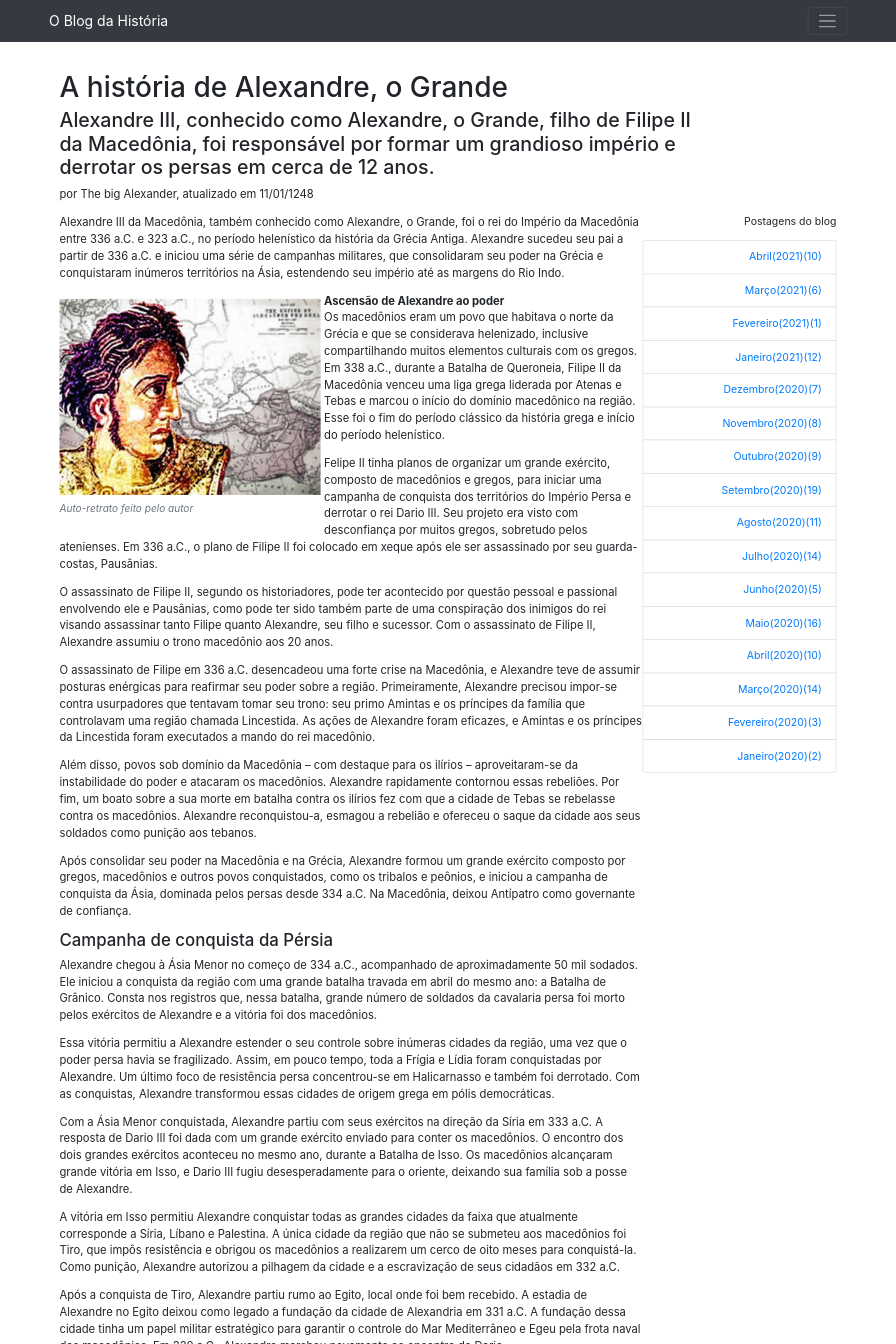
Repository: xhenrique/blog_layout_bootstrap
Page: source/post_2.html
These files come from the project's save history. The page is drawn as it stood at one moment and after the next save; the edit follows.
The browser window is 1280 px wide. The pictures show the part of the page from y = 0 to 1920 px (the page is 2908 px tall), at 70% of full size.

Above is the page before, as saved 2021-04-25 00:25:53.

### source/post_2.html
<!DOCTYPE html>
<html lang="pt-br">
  <head>
    <!-- Meta tags Obrigatórias -->
    <meta charset="utf-8">
    <meta name="viewport" content="width=device-width, initial-scale=1, shrink-to-fit=no">

    <!-- Bootstrap CSS -->
    <link rel="stylesheet" href="https://stackpath.bootstrapcdn.com/bootstrap/4.1.3/css/bootstrap.min.css" integrity="sha384-MCw98/SFnGE8fJT3GXwEOngsV7Zt27NXFoaoApmYm81iuXoPkFOJwJ8ERdknLPMO" crossorigin="anonymous">

    <title>O Blog da História</title>
  </head>
  <body>
    <div id="navbarConfigs" class = "container">
        <nav class="navbar navbar-dark bg-dark sticky-top" style="background: transparent; position: fixed; top: 0; left: 0; margin: 0px; padding: 10px 70px 10px 70px; width: 100%; right: 0;">
            <a class = "navbar-brand" href="index.html">O Blog da História</a>

            <!--Especificações do que é cada um dos atributos!!!!!
                "aria-controls": define a relação entre os elementos, um elemento é pai e o outro filho, deve ser definido no pai, relacionando o filho;
                "data-target" : Define o que será exibido quando clicar na opção do menu;
                "data-toggle" : o que vai acontecer quando eu clicar em cima do botão, collapse, por exemplo, faz o botão expandir e retrair as opções;
                "aria-expanded" : Flag para o navegador informando que o elemento não está expandido;
                "aria-label" : é usado para definir uma string na tag do elemento atual.
            -->
            <button class="navbar-toggler" type="button" data-toggle="collapse" data-target="#navbarCfg" aria-controls="navbarCfg">
                <span class="navbar-toggler-icon"></span>
            </button>
            <div class="collapse navbar-collapse" id="navbarCfg">
                <ul class="navbar-nav mr-auto">
                    <a class="nav-link dropdown-toggle" href="#" id="navbarDropdown" role="button" data-toggle="dropdown" aria-haspopup="true" aria-expanded="false">
                    Menu
                    </a>
                    <div class="dropdown-menu" aria-labelledby="navbarDropdown">
                    <a class="dropdown-item" href="index.html">Início</a>
                    <a class="dropdown-item" href="sobre.html">Sobre</a>
                    <a class="dropdown-item" href="posts.html">Postagens</a>
                    <div class="dropdown-divider"></div>
                    <p style="text-align: left; padding-left: 10px;"> Criado por: <br/>José Xavier<br/>UFPA - 2021</p>
                    </div>
                </ul>
                <form class="form-inline my-2 my-lg-0">
                <input class="form-control mr-sm-2" type="search" placeholder="Texto para buscar no site" aria-label="Search">
                <button class="btn btn-primary" type="submit">Buscar!</button>
                </form>
            </div>
        </nav>
    </div>

    <div class="container" id="container-postagens" style="margin-top: 100px;">
        <div class="row">
             <!--            <div class="span6" style="float: none; margin: 0 auto;">
-->
            <div class="col-10">
                <div id="sobre_o_blog" class="text-left">
                    <h1>A história de Alexandre, o Grande</h1>
                    <h3>Alexandre III, conhecido como Alexandre, o Grande, filho de Filipe II da Macedônia, foi responsável por formar um grandioso império e derrotar os persas em cerca de 12 anos.</h3>
                    <p>por The big Alexander, atualizado em 11/01/1248</p>
                </div>
            </div>
        </div>
    </div>
    <div class="container">
        <div class="row no-gutters ">
            <div class="col-md-9 ">
                <div class="maintext">
                    <p>Alexandre III da Macedônia, também conhecido como Alexandre, o Grande, foi o rei do Império da Macedônia entre 336 a.C. e 323 a.C., no período helenístico da história da Grécia Antiga. Alexandre sucedeu seu pai a partir de 336 a.C. e iniciou uma série de campanhas militares, que consolidaram seu poder na Grécia e conquistaram inúmeros territórios na Ásia, estendendo seu império até as margens do Rio Indo.</p>
                    <figure class="figure" style="float: left; margin-right: 5px; padding-top: 10px;">
                        <img class="figure-img" src="../img/alexandre-pic.jpg">
                        <figcaption class="figure-caption" style="position: bottom;">
                            <i>Auto-retrato feito pelo autor</i>
                        </figcaption>
                    </figure>
                    <p style="margin: 0 auto;"><b>Ascensão de Alexandre ao poder</b></p>
                    <p>Os macedônios eram um povo que habitava o norte da Grécia e que se considerava helenizado, inclusive compartilhando muitos elementos culturais com os gregos. Em 338 a.C., durante a Batalha de Queroneia, Filipe II da Macedônia venceu uma liga grega liderada por Atenas e Tebas e marcou o início do domínio macedônico na região. Esse foi o fim do período clássico da história grega e início do período helenístico.</p>
                    <p>Felipe II tinha planos de organizar um grande exército, composto de macedônios e gregos, para iniciar uma campanha de conquista dos territórios do Império Persa e derrotar o rei Dario III. Seu projeto era visto com desconfiança por muitos gregos, sobretudo pelos atenienses. Em 336 a.C., o plano de Filipe II foi colocado em xeque após ele ser assassinado por seu guarda-costas, Pausânias.</p>
                    <p>O assassinato de Filipe II, segundo os historiadores, pode ter acontecido por questão pessoal e passional envolvendo ele e Pausânias, como pode ter sido também parte de uma conspiração dos inimigos do rei visando assassinar tanto Filipe quanto Alexandre, seu filho e sucessor. Com o assassinato de Filipe II, Alexandre assumiu o trono macedônio aos 20 anos.
                    </p>
                    <p>O assassinato de Filipe em 336 a.C. desencadeou uma forte crise na Macedônia, e Alexandre teve de assumir posturas enérgicas para reafirmar seu poder sobre a região. Primeiramente, Alexandre precisou impor-se contra usurpadores que tentavam tomar seu trono: seu primo Amintas e os príncipes da família que controlavam uma região chamada Lincestida. As ações de Alexandre foram eficazes, e Amintas e os príncipes da Lincestida foram executados a mando do rei macedônio.</p>
                    <p>Além disso, povos sob domínio da Macedônia – com destaque para os ilírios – aproveitaram-se da instabilidade do poder e atacaram os macedônios. Alexandre rapidamente contornou essas rebeliões. Por fim, um boato sobre a sua morte em batalha contra os ilírios fez com que a cidade de Tebas se rebelasse contra os macedônios. Alexandre reconquistou-a, esmagou a rebelião e ofereceu o saque da cidade aos seus soldados como punição aos tebanos.</p>
                    <p>Após consolidar seu poder na Macedônia e na Grécia, Alexandre formou um grande exército composto por gregos, macedônios e outros povos conquistados, como os tribalos e peônios, e iniciou a campanha de conquista da Ásia, dominada pelos persas desde 334 a.C. Na Macedônia, deixou Antípatro como governante de confiança.</p>
                    <h4>Campanha de conquista da Pérsia</h4>
                    <p>Alexandre chegou à Ásia Menor no começo de 334 a.C., acompanhado de aproximadamente 50 mil sodados. Ele iniciou a conquista da região com uma grande batalha travada em abril do mesmo ano: a Batalha de Grânico. Consta nos registros que, nessa batalha, grande número de soldados da cavalaria persa foi morto pelos exércitos de Alexandre e a vitória foi dos macedônios.</p>
                    <p>Essa vitória permitiu a Alexandre estender o seu controle sobre inúmeras cidades da região, uma vez que o poder persa havia se fragilizado. Assim, em pouco tempo, toda a Frígia e Lídia foram conquistadas por Alexandre. Um último foco de resistência persa concentrou-se em Halicarnasso e também foi derrotado. Com as conquistas, Alexandre transformou essas cidades de origem grega em pólis democráticas.</p>
                    <p>Com a Ásia Menor conquistada, Alexandre partiu com seus exércitos na direção da Síria em 333 a.C. A resposta de Dario III foi dada com um grande exército enviado para conter os macedônios. O encontro dos dois grandes exércitos aconteceu no mesmo ano, durante a Batalha de Isso. Os macedônios alcançaram grande vitória em Isso, e Dario III fugiu desesperadamente para o oriente, deixando sua família sob a posse de Alexandre.</p>
                    <p>A vitória em Isso permitiu Alexandre conquistar todas as grandes cidades da faixa que atualmente corresponde a Síria, Líbano e Palestina. A única cidade da região que não se submeteu aos macedônios foi Tiro, que impôs resistência e obrigou os macedônios a realizarem um cerco de oito meses para conquistá-la. Como punição, Alexandre autorizou a pilhagem da cidade e a escravização de seus cidadãos em 332 a.C.</p>
                    <p>Após a conquista de Tiro, Alexandre partiu rumo ao Egito, local onde foi bem recebido. A estadia de Alexandre no Egito deixou como legado a fundação da cidade de Alexandria em 331 a.C. A fundação dessa cidade tinha um papel militar estratégico para garantir o controle do Mar Mediterrâneo e Egeu pela frota naval dos macedônios. Em 330 a.C., Alexandre marchou novamente ao encontro de Dario.</p>
                    <h4>Campanha indiana e a morte de Alexandre</h4>
                    <p>A última fase das conquistas de Alexandre aconteceu na Índia. Alexandre tentou impor seu domínio sobre os reinos que existiam na região além do Rio Indo e encontrou as batalhas mais difíceis de sua trajetória entre 326 a.C. e 325 a.C. Ele travou (e venceu) uma grande e sangrenta batalha contra Poro, rei dos pauravas, e pôs fim a sua campanha após seus soldados informarem-no o desejo de não continuar com os avanços.</p>
                    <p>Com isso, Alexandre retornou para a Babilônia, onde permaneceu entre 324 a.C. e 323 a.C. Durante sua estadia nessa cidade, ele passou a planejar a campanha de conquista da Península Arábica. Os planos de Alexandre foram interrompidos após ele contrair uma febre fulminante, que o levou a falecer poucos dias depois, em junho de 323 a.C.</p>
                    <p>Não se sabe ao certo as causas da morte de Alexandre, mas, atualmente, especula-se que ele possa ter morrido em decorrência de febre tifoide ou malária (a hipótese de envenenamento não é muito aceita pelos historiadores). A morte de Alexandre levou a uma crise sucessória, uma vez que não havia um herdeiro estabelecido (sua esposa Roxana estava grávida). Iniciou-se, então, uma disputa pelo poder entre os generais de Alexandre, o que provocou a fragmentação do Império Macedônio.</p>
                </div>
            </div>
            <div class="col-md">
                <div class="text-right" style="font-size: 15px;">
                    <p>Postagens do blog</p>
                    <ul class="list-group">
                        <!--Javascript provavelmente entraria aqui, iterando sobre uma lista/matriz e exibindo a quantida de postagens por mês/ano-->
                        <li class="list-group-item"><a href="">Abril(2021)(10)</a></li>
                        <li class="list-group-item"><a href="">Março(2021)(6)</a></li>
                        <li class="list-group-item"><a href="">Fevereiro(2021)(1)</a></li>
                        <li class="list-group-item"><a href="">Janeiro(2021)(12)</a></li>
                        <li class="list-group-item"><a href="">Dezembro(2020)(7)</a></li>
                        <li class="list-group-item"><a href="">Novembro(2020)(8)</a></li>
                        <li class="list-group-item"><a href="">Outubro(2020)(9)</a></li>
                        <li class="list-group-item"><a href="">Setembro(2020)(19)</a></li>
                        <li class="list-group-item"><a href="">Agosto(2020)(11)</a></li>
                        <li class="list-group-item"><a href="">Julho(2020)(14)</a></li>
                        <li class="list-group-item"><a href="">Junho(2020)(5)</a></li>
                        <li class="list-group-item"><a href="">Maio(2020)(16)</a></li>
                        <li class="list-group-item"><a href="">Abril(2020)(10)</a></li>
                        <li class="list-group-item"><a href="">Março(2020)(14)</a></li>
                        <li class="list-group-item"><a href="">Fevereiro(2020)(3)</a></li>
                        <li class="list-group-item"><a href="">Janeiro(2020)(2)</a></li>
                    </ul>
                </div>
            </div>
            <div class="col">
                    <form>
                        <h3>
                            Comentários
                        </h3>
                        <div class="mb-3">
                            <label for="inputEmail" class="form-label">Entre seu e-mail</label>
                            <input type="email" class="form-control" id="inputEmail" aria-describedby="emailHelp">
                        </div>
                        <div class="mb-3">
                            <label for="nameInput" class="form-label">Nome</label>
                            <input type="text" class="form-control" id="nameInput">
                        </div>
                        <div class="mb-3">
                            <label for="msgInput" class="form-label">Digite sua mensagem</label>
                            <textarea class="form-control form-control-lg" placeholder="Digite seu comentário" id="msgInput" style="height: 200px;"></textarea>
                        </div>
                        <!--Aqui devia-se colocar uma função js que fosse capaz de expandir a parte dos comentários dinamicamente quando o botão fosse clicado-->
                        <button class="btn btn-outline-secondary" type="submit" aria-label="btnSubmmit">Enviar</button>
                        <br/>
                        <br/>
                    </form>
                </div>
            </div>
            <div class="col-md">
                <div class="d-grid gap-2">
                    <button class="btn btn-outline-secondary" type="button" style="width: 100%;">Ver comentários</button>
                </div>
            </div>
        </div>

    </div>


    <!-- JavaScript (Opcional) -->
    <!-- jQuery primeiro, depois Popper.js, depois Bootstrap JS -->
    <script src="https://code.jquery.com/jquery-3.3.1.slim.min.js" integrity="sha384-q8i/X+965DzO0rT7abK41JStQIAqVgRVzpbzo5smXKp4YfRvH+8abtTE1Pi6jizo" crossorigin="anonymous"></script>
    <script src="https://cdnjs.cloudflare.com/ajax/libs/popper.js/1.14.3/umd/popper.min.js" integrity="sha384-ZMP7rVo3mIykV+2+9J3UJ46jBk0WLaUAdn689aCwoqbBJiSnjAK/l8WvCWPIPm49" crossorigin="anonymous"></script>
    <script src="https://stackpath.bootstrapcdn.com/bootstrap/4.1.3/js/bootstrap.min.js" integrity="sha384-ChfqqxuZUCnJSK3+MXmPNIyE6ZbWh2IMqE241rYiqJxyMiZ6OW/JmZQ5stwEULTy" crossorigin="anonymous"></script>
  </body>
</html>

After the next save:
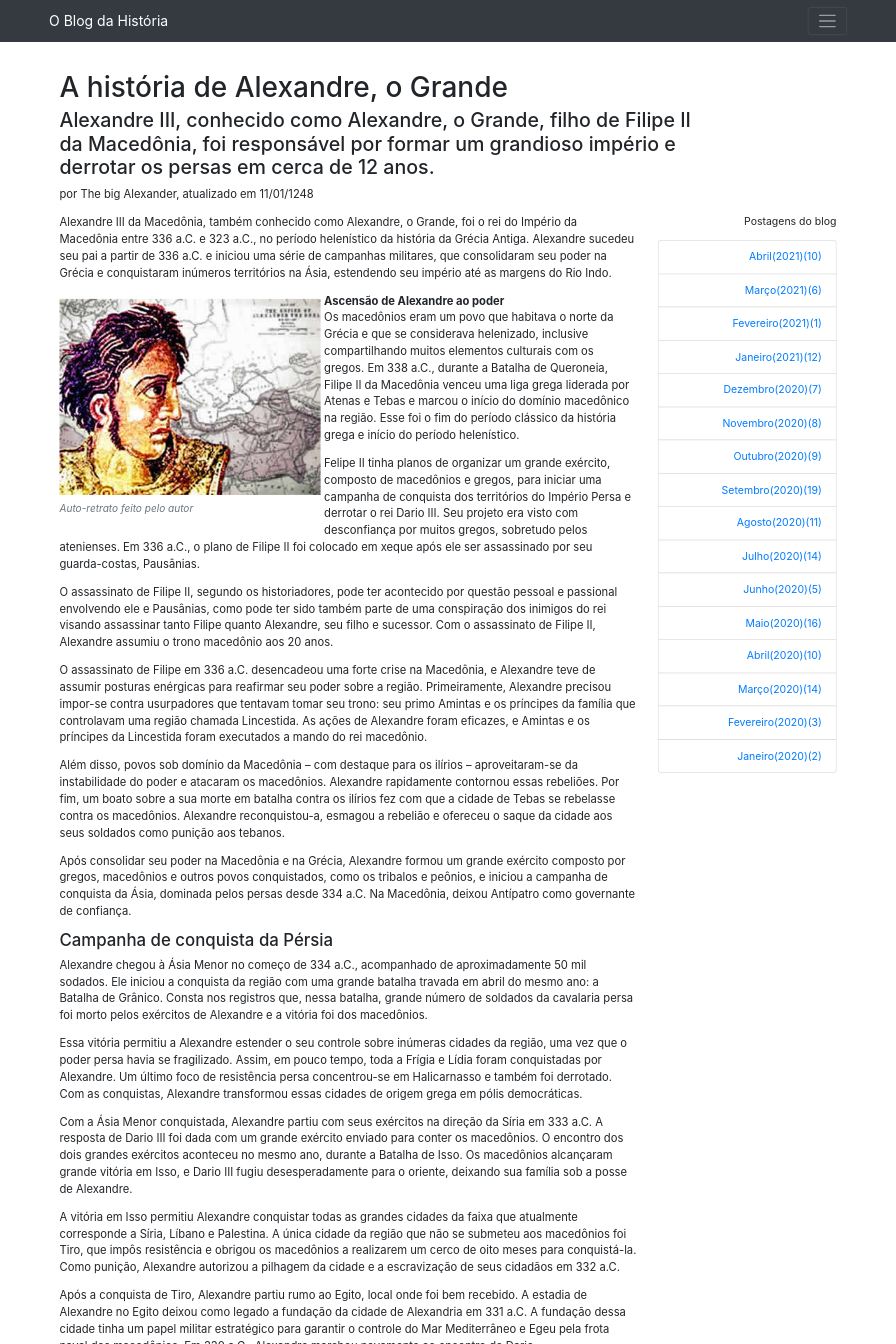
Saved 5 s later.
--- a/source/post_2.html
+++ b/source/post_2.html
@@ -60,7 +60,7 @@
         </div>
     </div>
     <div class="container">
-        <div class="row no-gutters ">
+        <div class="row">
             <div class="col-md-9 ">
                 <div class="maintext">
                     <p>Alexandre III da Macedônia, também conhecido como Alexandre, o Grande, foi o rei do Império da Macedônia entre 336 a.C. e 323 a.C., no período helenístico da história da Grécia Antiga. Alexandre sucedeu seu pai a partir de 336 a.C. e iniciou uma série de campanhas militares, que consolidaram seu poder na Grécia e conquistaram inúmeros territórios na Ásia, estendendo seu império até as margens do Rio Indo.</p>

After the save that followed:
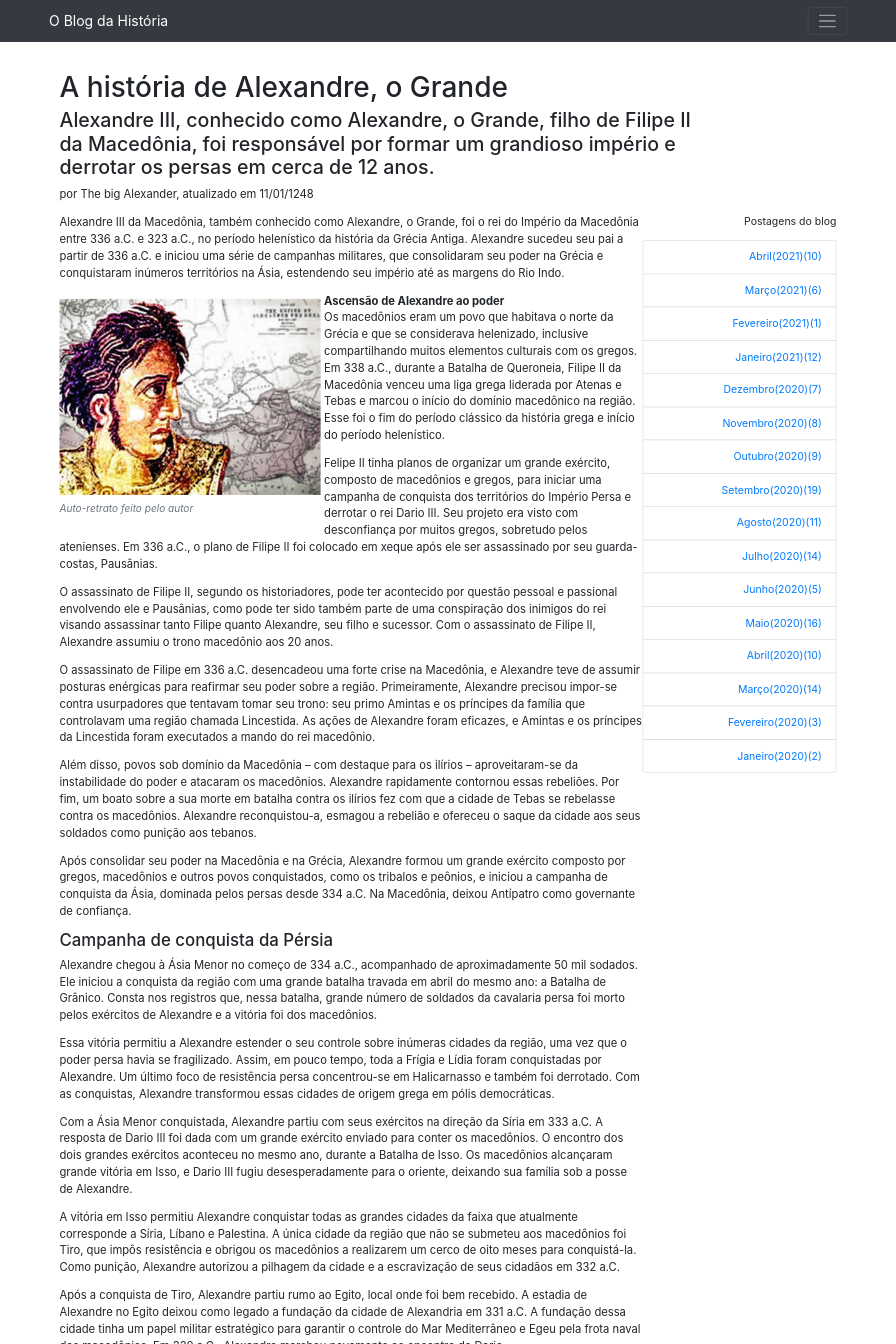
Saved 4 s later.
--- a/source/post_2.html
+++ b/source/post_2.html
@@ -60,7 +60,7 @@
         </div>
     </div>
     <div class="container">
-        <div class="row">
+        <div class="row no-gutters ">
             <div class="col-md-9 ">
                 <div class="maintext">
                     <p>Alexandre III da Macedônia, também conhecido como Alexandre, o Grande, foi o rei do Império da Macedônia entre 336 a.C. e 323 a.C., no período helenístico da história da Grécia Antiga. Alexandre sucedeu seu pai a partir de 336 a.C. e iniciou uma série de campanhas militares, que consolidaram seu poder na Grécia e conquistaram inúmeros territórios na Ásia, estendendo seu império até as margens do Rio Indo.</p>
